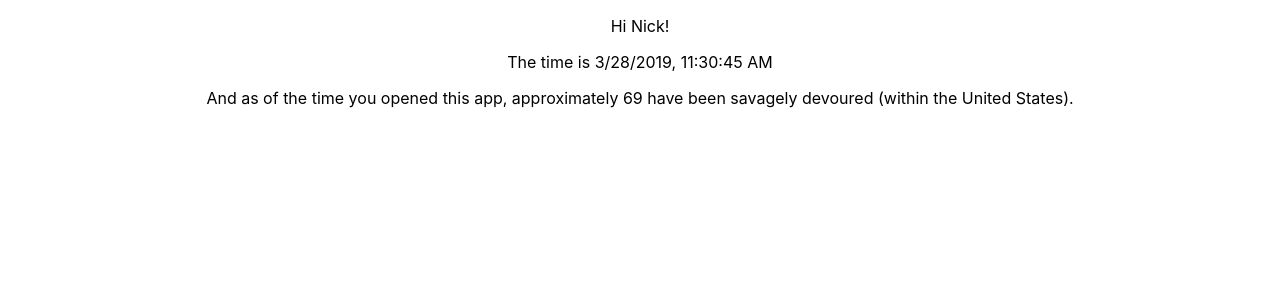
Repository: crispinonicky/gummy-facts
Page: /
An editor plug-in stored every save of this project. The page is shown before and after the next save, followed by the edit.
The browser window is 1280 px wide. The pictures show the whole page.
The project was rebuilt for these pictures with package versions that can differ from the ones it lists, and the page was loaded fresh each time.

Above is the page before, as saved 2019-03-28 13:08:24.

### src/App.js
import React, { Component } from 'react';
import './App.css';
import Clock from './components/Clock';
import Gummies from './components/Gummies';


class App extends Component {
  constructor(props){
    super(props)

    this.state = {
      name: "Nick"
    }

  }



  render() {
    return (
      <div className="App">


      <p>
        Hi {this.state.name}!
      </p>

        <Clock />
        <Gummies />


      </div>
    );
  }
}

export default App;

### src/components/Clock.js
import React, { Component } from "react";
import "../App.css";

let time = new Date().toLocaleString();
let timeInt = parseInt(time).toString

class Clock extends React.Component {
  constructor(props) {

    super(props)
    this.state = {
      time: new Date().toLocaleString(),
    };
  }

  componentDidMount() {
    this.intervalID = setInterval(
      () => this.tick(),
      1000
    )
  }

  componentWillUnmount() {
    clearInterval(this.intervalID);
  }

  tick() {
    this.setState({
      time: new Date().toLocaleString()
    });
  }

  render() {
    return (
      <div>
      <p>
        The time is {this.state.time}
      </p>
      </div>
    );
  }
}

console.log(typeof time)



export default Clock;

### src/components/Gummies.js
import React, { Component } from "react";
import "../App.css";

let time = new Date().toLocaleString();
let gummies = 69

class Gummies extends React.Component {
  constructor(props) {

    super(props)
    this.state = {
      time: new Date().toLocaleString(),
    };
  }

  componentDidMount() {
    this.intervalID = setInterval(
      () => this.tick(),
      1000
    )
  }

  componentWillUnmount() {
    clearInterval(this.intervalID);
  }

  tick() {
    this.setState({
      time: new Date().toLocaleString()
    });
  }

  render() {
    return (
      <div>
      <p>
        And as of the time you opened this app, approximately {gummies} have
        been savagely devoured (within the United States).
      </p>
      </div>
    );
  }
}

console.log(typeof time)



export default Gummies;

Loaded but not shown: public/index.html (common file); src/index.js (common file); src/index.css (common file); src/serviceWorker.js (common file); src/App.css (common file)

After the next save:
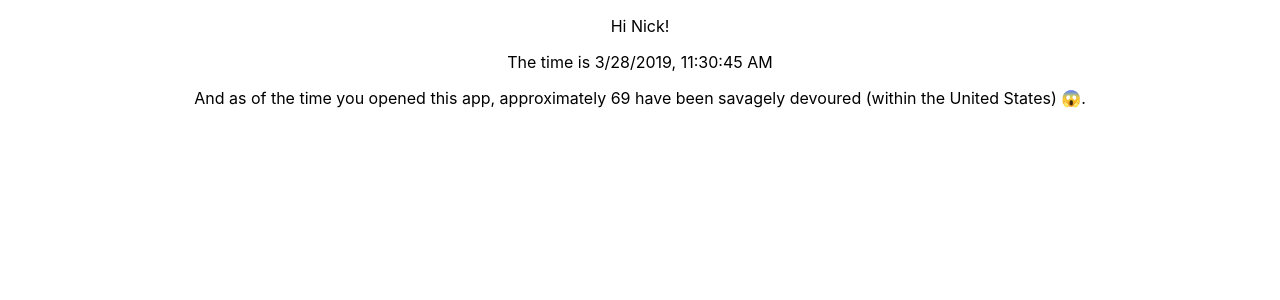
Saved 44 s later.
--- a/src/components/Gummies.js
+++ b/src/components/Gummies.js
@@ -35,7 +35,7 @@ class Gummies extends React.Component {
       <div>
       <p>
         And as of the time you opened this app, approximately {gummies} have
-        been savagely devoured (within the United States).
+        been savagely devoured (within the United States) 😱.
       </p>
       </div>
     );
